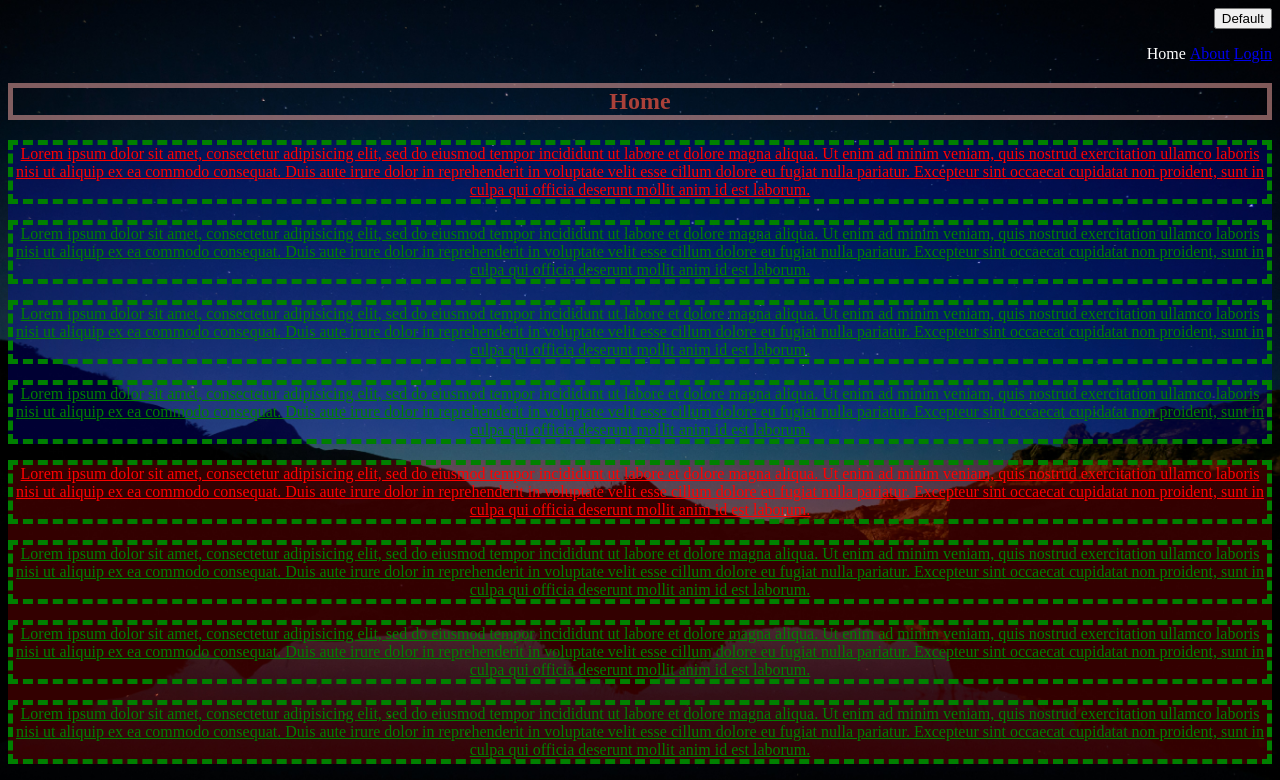
Repository: rileymeye1/ZTM
Page: project_files/index.html
An editor plug-in stored every save of this project. The page is shown before and after the next save, followed by the edit.
The browser window is 1280 px wide. The pictures show the whole page.

Above is the page before, as saved 2024-08-19 17:12:00.

### project_files/index.html

<!DOCTYPE html>
<html>
<head>
  <title>My first website!</title>
  <link rel="stylesheet" type="text/css" href="style.css">
</head>
<body>
  <button class="btn btn-primary">Default</button>
  <header>
    <nav>
      <ul>
        <li>Home</li>
        <li><a href="about.html">About</a></li>
        <li><a href="login.html">Login</a></li>
      </ul>
    </nav>
  </header>
  <section>
    <h2>Home</h2>
    <div id="div1">
      <p class="webtext active">Lorem ipsum dolor sit amet, consectetur adipisicing elit, sed do eiusmod
      tempor incididunt ut labore et dolore magna aliqua. Ut enim ad minim veniam,
      quis nostrud exercitation ullamco laboris nisi ut aliquip ex ea commodo
      consequat. Duis aute irure dolor in reprehenderit in voluptate velit esse
      cillum dolore eu fugiat nulla pariatur. Excepteur sint occaecat cupidatat non
      proident, sunt in culpa qui officia deserunt mollit anim id est laborum.</p>
      <p class="webtext">Lorem ipsum dolor sit amet, consectetur adipisicing elit, sed do eiusmod
      tempor incididunt ut labore et dolore magna aliqua. Ut enim ad minim veniam,
      quis nostrud exercitation ullamco laboris nisi ut aliquip ex ea commodo
      consequat. Duis aute irure dolor in reprehenderit in voluptate velit esse
      cillum dolore eu fugiat nulla pariatur. Excepteur sint occaecat cupidatat non
      proident, sunt in culpa qui officia deserunt mollit anim id est laborum.</p>
      <p class="webtext">Lorem ipsum dolor sit amet, consectetur adipisicing elit, sed do eiusmod
      tempor incididunt ut labore et dolore magna aliqua. Ut enim ad minim veniam,
      quis nostrud exercitation ullamco laboris nisi ut aliquip ex ea commodo
      consequat. Duis aute irure dolor in reprehenderit in voluptate velit esse
      cillum dolore eu fugiat nulla pariatur. Excepteur sint occaecat cupidatat non
      proident, sunt in culpa qui officia deserunt mollit anim id est laborum.</p>
      <p class="webtext">Lorem ipsum dolor sit amet, consectetur adipisicing elit, sed do eiusmod
      tempor incididunt ut labore et dolore magna aliqua. Ut enim ad minim veniam,
      quis nostrud exercitation ullamco laboris nisi ut aliquip ex ea commodo
      consequat. Duis aute irure dolor in reprehenderit in voluptate velit esse
      cillum dolore eu fugiat nulla pariatur. Excepteur sint occaecat cupidatat non
      proident, sunt in culpa qui officia deserunt mollit anim id est laborum.</p>
    </div>
    <div id="div2">
      <p class="webtext active">Lorem ipsum dolor sit amet, consectetur adipisicing elit, sed do eiusmod
      tempor incididunt ut labore et dolore magna aliqua. Ut enim ad minim veniam,
      quis nostrud exercitation ullamco laboris nisi ut aliquip ex ea commodo
      consequat. Duis aute irure dolor in reprehenderit in voluptate velit esse
      cillum dolore eu fugiat nulla pariatur. Excepteur sint occaecat cupidatat non
      proident, sunt in culpa qui officia deserunt mollit anim id est laborum.</p>
      <p class="webtext">Lorem ipsum dolor sit amet, consectetur adipisicing elit, sed do eiusmod
      tempor incididunt ut labore et dolore magna aliqua. Ut enim ad minim veniam,
      quis nostrud exercitation ullamco laboris nisi ut aliquip ex ea commodo
      consequat. Duis aute irure dolor in reprehenderit in voluptate velit esse
      cillum dolore eu fugiat nulla pariatur. Excepteur sint occaecat cupidatat non
      proident, sunt in culpa qui officia deserunt mollit anim id est laborum.</p>
      <p class="webtext">Lorem ipsum dolor sit amet, consectetur adipisicing elit, sed do eiusmod
      tempor incididunt ut labore et dolore magna aliqua. Ut enim ad minim veniam,
      quis nostrud exercitation ullamco laboris nisi ut aliquip ex ea commodo
      consequat. Duis aute irure dolor in reprehenderit in voluptate velit esse
      cillum dolore eu fugiat nulla pariatur. Excepteur sint occaecat cupidatat non
      proident, sunt in culpa qui officia deserunt mollit anim id est laborum.</p>
      <p class="webtext">Lorem ipsum dolor sit amet, consectetur adipisicing elit, sed do eiusmod
      tempor incididunt ut labore et dolore magna aliqua. Ut enim ad minim veniam,
      quis nostrud exercitation ullamco laboris nisi ut aliquip ex ea commodo
      consequat. Duis aute irure dolor in reprehenderit in voluptate velit esse
      cillum dolore eu fugiat nulla pariatur. Excepteur sint occaecat cupidatat non
      proident, sunt in culpa qui officia deserunt mollit anim id est laborum.</p>
    </div>
  </section>
</body>
</html>

### project_files/style.css
/* Selector {
  Property: value;
} */

* {
  text-align: right;
}

body {
  background-image: url(background.jpg);
  background-size: cover;
}

h2, p {
  color: #AA4139;
  text-align: center;
  border: 5px solid rgb(255, 176, 170, 0.5);
  cursor: pointer;
}

p {
  color: pink;
  text-decoration: underline;
}

p {
  color: green;
}

li {
  list-style: none;
  color: white;
  display: inline-block;
}

.webtext {
  border: 5px dashed green;
}

.active {
  color: red;
}

#div1 {
  background: rgba(0, 0, 255, 0.2);
}

#div2 {
  background: rgba(255, 0, 0, 0.2);
}

After the next save:
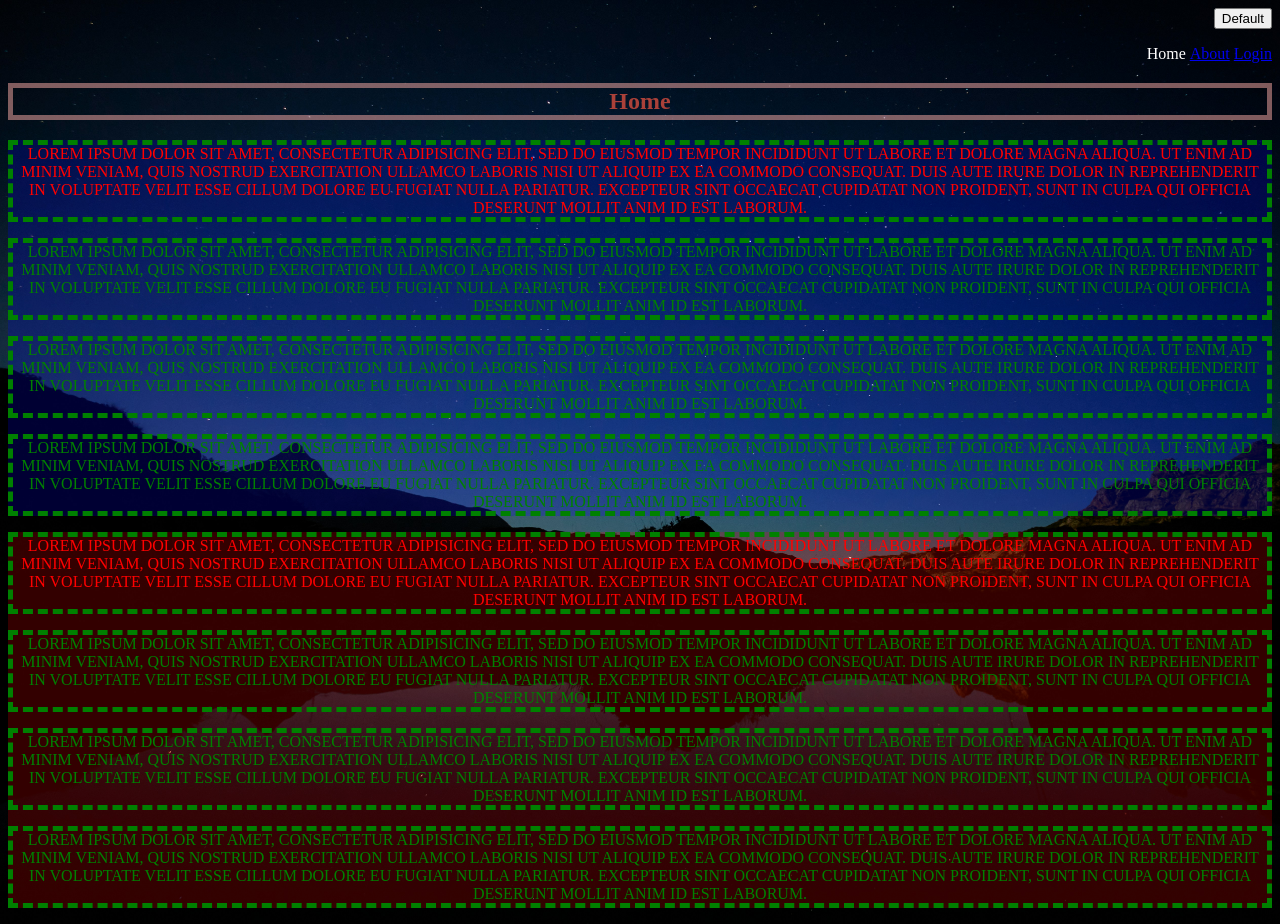
Saved 17 s later.
--- a/project_files/style.css
+++ b/project_files/style.css
@@ -20,7 +20,7 @@
 
 p {
   color: pink;
-  text-decoration: underline;
+  text-transform: uppercase;
 }
 
 p {
